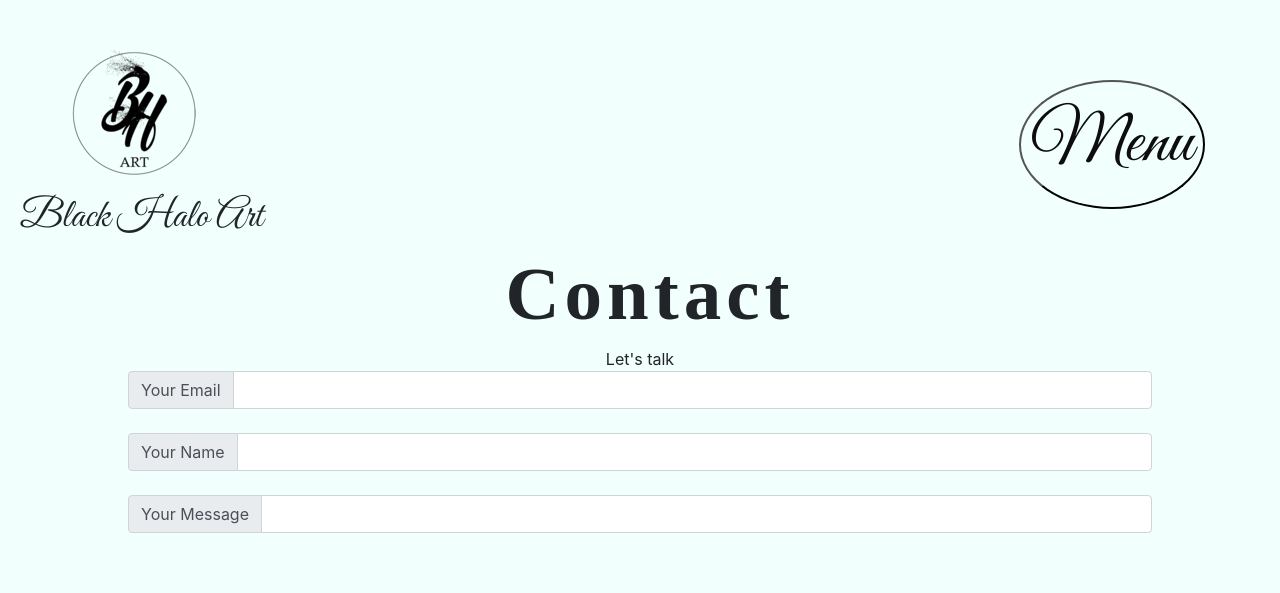
Repository: Cosy-Chaos/project-time
Page: contact.html
The author's editor kept a record of every edit. The page is drawn from the files as they stood at one moment, then again after the next edit.
The browser window is 1280 px wide. The pictures show the whole page.
Some web fonts or font styles are not loaded; a fallback is used.

Above is the page before.

After the next edit:
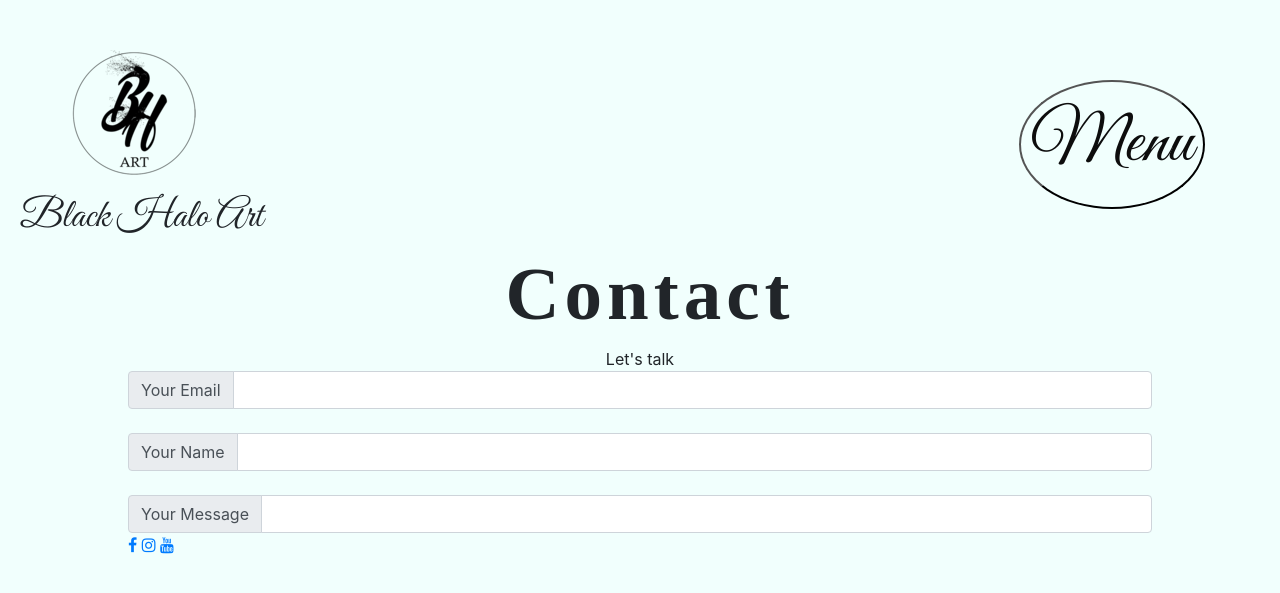
The edit:
--- a/contact.html
+++ b/contact.html
@@ -64,6 +64,15 @@
                 <input type="text" aria-label="Your message" class="form-control">
             </div>
 
+                <div class="about-social">
+        <div class="so-item">
+
+            <a href="https://www.facebook.com/blackhaloartist" target="_blank"><i class="fa fa-facebook"></i></a>
+            <a href="https://www.instagram.com/blackhaloart/?fbclid=IwAR0IRtwjyj7-B-Tjv5CWjwHUeW9T6ptEm2dCBusSJtjk9olMUAFV6_Zk6og" target="_blank"><i class="fa fa-instagram"></i></a>
+            <a href="https://www.youtube.com/channel/UCi3hfkN2DdiEeLvPHpxXXuQ?fbclid=IwAR0wBTjIhNcOKGbDGRSvACz2A8fbxU-7GMN3wKTMOusY2LFUkzb-oG_WCSA" target="_blank"><i class="fa fa-youtube"></i></a>
+
+        </div>
+
         </div>
     </div>
 
